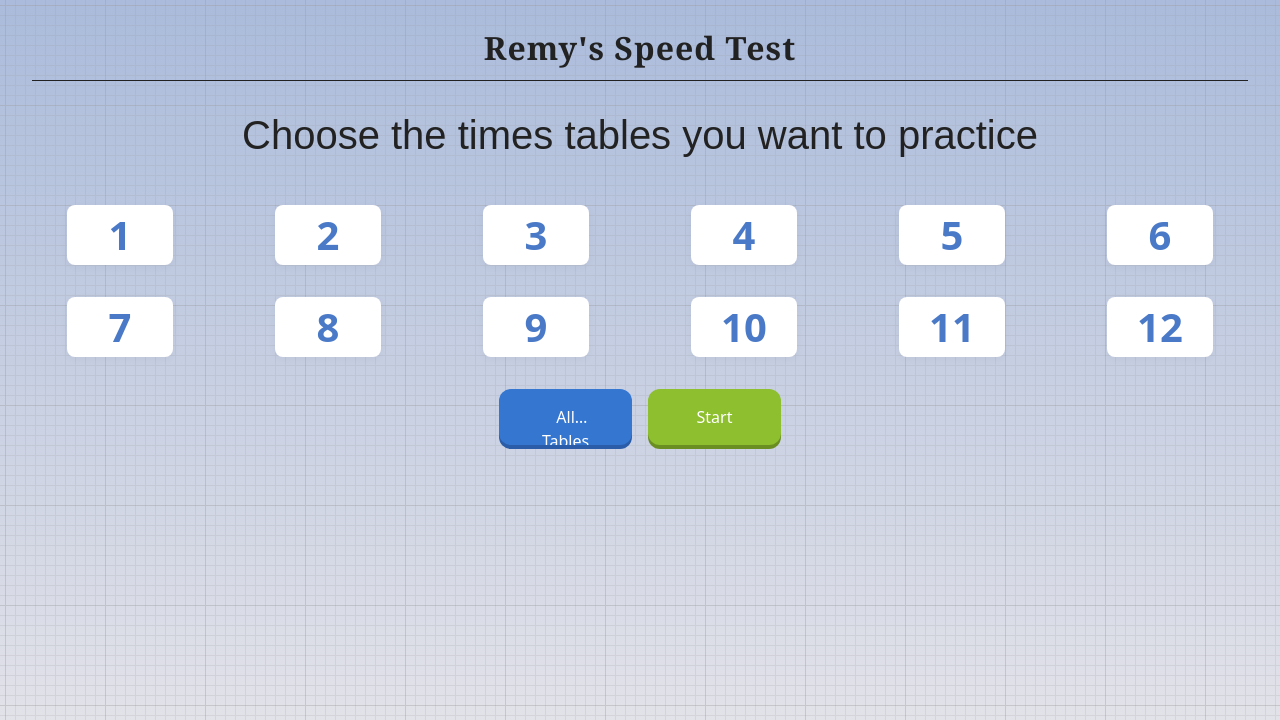
Repository: Chinurum-Omenuko/remys-speed-test
Page: / (app in app/)
The author's editor kept a copy of each file at every save. The page is drawn from the files as they stood at one save, then again after the next save.
The browser window is 1280 px wide. The pictures show the whole page.
The project was rebuilt for these pictures with package versions that can differ from the ones it lists, and the page was loaded fresh each time. The framework's server and built-in components were replaced by stand-ins that run in the browser. Also part of the build but not shown: app/svelte.config.js, app/vite.config.ts.

Above is the page before, as saved 2025-11-17 18:39:50.

### app/src/routes/+page.svelte

<script lang="ts">
	import { goto } from "$app/navigation";
	import { GameStore } from "../stores/gameStore.svelte";

	let store = GameStore;
	let chosenTables = store.getTables()
	const tables = Array.from({ length: 12 }, (_, i) => i + 1);

	function selectTable(table: number) {
		store.addTables(table)
	}

	function allTables(){
		tables.forEach(table => {
			let index = chosenTables.indexOf(table)
			if(!chosenTables.includes(table)){
				selectTable(table)
				return
			}
			chosenTables.splice(index, 1)
		});
	}


	function start() {
		store.generateQuestions(chosenTables)
		goto("/test")
	}



	function lastResults() {
		alert('Show last results');
	}
</script>
<div class="landing-bg">
	<div style="padding: 1.5rem 2rem 0 2rem;">
		<h1 class="title">Remy's Speed Test</h1>
		<div class="dotted"></div>
		<h2 class="subtitle">Choose the times tables you want to practice</h2>
		<div class="content">
			<div class="tables-grid">
				{#each tables as table}
					<button
						type="button"
						class="table-btn {chosenTables.includes(table) ? 'selected' : ''}"
						on:click={() => {

							selectTable(table)
							}}
						aria-pressed={chosenTables[table] === table}
					>
						{table}
					</button>
				{/each}
			</div>
			<div class="actions">

				{#if chosenTables.length == 12}
					<button class="red-btn btn bg-red-500" on:click={allTables}>Deselect All Tables</button>
				{:else}
					<button class="blue-btn btn" on:click={allTables}>All Tables</button>
				{/if}

				<button class="green-btn btn" on:click={start}>Start</button>
			</div>
		</div>
	</div>
</div>

<style>
	* {
 		min-height: 0;
	}

	.landing-bg {


		background-image:url("data:[embedded picture, 1695 characters]"), linear-gradient(180deg, #aabbdb, #e2e2e9);
		min-height: 100vh;
		max-width: 100vw;
		padding: 0;
		margin: 0;
	}
	.title {
		font-size: 2rem;
		font-weight: 700;
		margin: 0 0 0.5rem 0;
		letter-spacing: 1px;
		color: #222;
		font-family: Georgia, 'Times New Roman', Times, serif;
		text-align: center;
	}
	.dotted {
		border-bottom: 1px solid #222;
		margin-bottom: 1.5rem;
	}
	.subtitle {
		font-size: clamp(1rem, 5vw, 2.5rem);
		font-weight: 100;
		margin-bottom: 2.5rem;
		text-align: center;
		color: #222;
		font-family: Arial, Helvetica, sans-serif;
	}

	.content{
		display: flex;
		flex-direction: column;
		/* border: solid 2px red; */
		justify-content: start;
		align-items: center;
		max-width: 100vw;
		min-height: 50vh;
	}
	.tables-grid {
		display: grid;
		grid-template-columns: repeat(6, 1fr);
		gap: 2rem;
		/* border: solid 2px green; */
		width: 100%;
	}
	.table-btn {
		background: #fff;
		border-radius: 8px;
		font-size: 2.5rem;
		font-weight: 700;
		color: #4a7ac7;
		width: 60%;
		height: 100%;
		display: flex;
		align-items: center;
		justify-content: center;
		cursor: pointer;
		transition: box-shadow 0.2s, border 0.2s;
		margin: 0 auto;
		box-shadow: 0 2px 8px rgba(0,0,0,0.04);
	}
	.table-btn.selected {
		border: 3px solid #2e5eaa;
		background: #eaf1ff;
		color: #2e5eaa;
	}
	.actions {
		display: flex;
		justify-content: space-between;
		align-items: stretch;
		max-width: 1200px;
		margin: 2rem auto 0 auto;
		flex-direction: row;
	}

	.btn {
		width: 50%;
		height: 50%;
		color: #fff;
		border-radius: 12px;
		padding: 1rem 2.5rem;
		cursor: pointer;
		margin-bottom: 0.5rem;
		display: -webkit-box;
		-webkit-line-clamp: 1; /* number of lines */
		-webkit-box-orient: vertical;
		overflow: hidden;
	}
	.blue-btn {
		background:  #3576d1;
		border: none;
		box-shadow: 0 4px 0 #2b5ca7;
		transition: background 0.2s;
		font-size: 1em;
	}
	.blue-btn:active {
		background: #3576d1;
	}
	.green-btn {
		background: #8dbf2e;
		border: none;
		box-shadow: 0 4px 0 #6b8e23;
		margin-left: 1rem;
		transition: background 0.2s;
	}
	.green-btn:active {
		background: #8dbf2e;
	}

	/* 640px: small tablet */
	@media (min-width: 340px) and (max-width: 640px){
		.tables-grid {
			grid-template-columns: repeat(3, 1fr);
			border: solid 2px red;
		}
		.table-btn {
			font-size: 1.5rem;
		}
		.actions {
			flex-direction: row;
			align-items: stretch;
			gap: 2rem;
			border: solid 2px red;
			width: 80vw;
		}
	}
	@media (min-width: 640px) {
		.tables-grid {

		}
		.table-btn {

		}
		.actions {

		}
	}

	/* 768px: tablet portrait */
	/* @media (min-width: 768px) {
		.tables-grid {
			grid-template-columns: repeat(3, 1fr);
			border: red;
		}
		.table-btn {
			width: 100px;
			height: 80px;
			font-size: 1.5rem;
		}
		.actions {
			flex-direction: column;
			align-items: stretch;
			gap: 2rem;
		}
	} */

	/* 1024px: tablet landscape / small laptop */
	/* @media (min-width: 1024px) {
		.tables-grid {
			grid-template-columns: repeat(4, 1fr);
		}
		.table-btn {
			width: 140px;
			height: 110px;
			font-size: 2rem;
		}
		.actions {
			flex-direction: row;
			align-items: center;
			gap: 1rem;
		}
	} */

	/* @media (min-width: 1200px) and (max-height: 700px) {

	} */


	/* 1280px: laptop */
	/* @media (min-width: 1280px) {} */

	/* 1536px: large desktop */
	/* @media (min-width: 1536px) {} */




</style>

### app/src/stores/gameStore.svelte.ts
import { writable } from "svelte/store";
import { createQuestions } from "../utils/gameUtils";

function createGameStore(){
    let allQuestions = $state<any[]>([])
    let selectedTables: number[] = $state([])


    return{
        selectedTables,
        get allQuestions(){
            return allQuestions;
        },
        clearSelectedTables: () => {
            selectedTables = []
        },
        getTables: () => selectedTables,
        addTables: (table: number) => {
            let index = selectedTables.indexOf(table)

            if(!selectedTables.includes(table)){
                selectedTables.push(table)
                return
            }

            selectedTables.splice(index,1)

        },
        generateQuestions: (table: number[]) => {
            let questions = createQuestions(table)

            let flat = Object.values(questions).flat();
            allQuestions = [...allQuestions, ...flat];


        },

        removeQuestions: () => allQuestions = []
    }
}

export const GameStore = createGameStore()

### app/src/utils/gameUtils.ts
function makeQuestionObject(table: number){
    let questionsObjectArray = []
    for (let i = 1; i <= 12; i++){
        let question = {
            id: table + '-' + i,
            table: table,
            multiplier: i,
            question: `${table} x ${i}`,
            answer: table * i
        };
        questionsObjectArray.push(question);
    }
    return questionsObjectArray;
}

export function createQuestions(timeTable: number[]){
    let questions = {};

    timeTable.forEach(table => {
        let objectArray = makeQuestionObject(table)
        questions[table] = objectArray
    });
    return questions
}

Loaded but not shown: app/src/app.html (common file); app/src/routes/+layout.svelte (common file); app/src/app.css (common file)

After the next save:
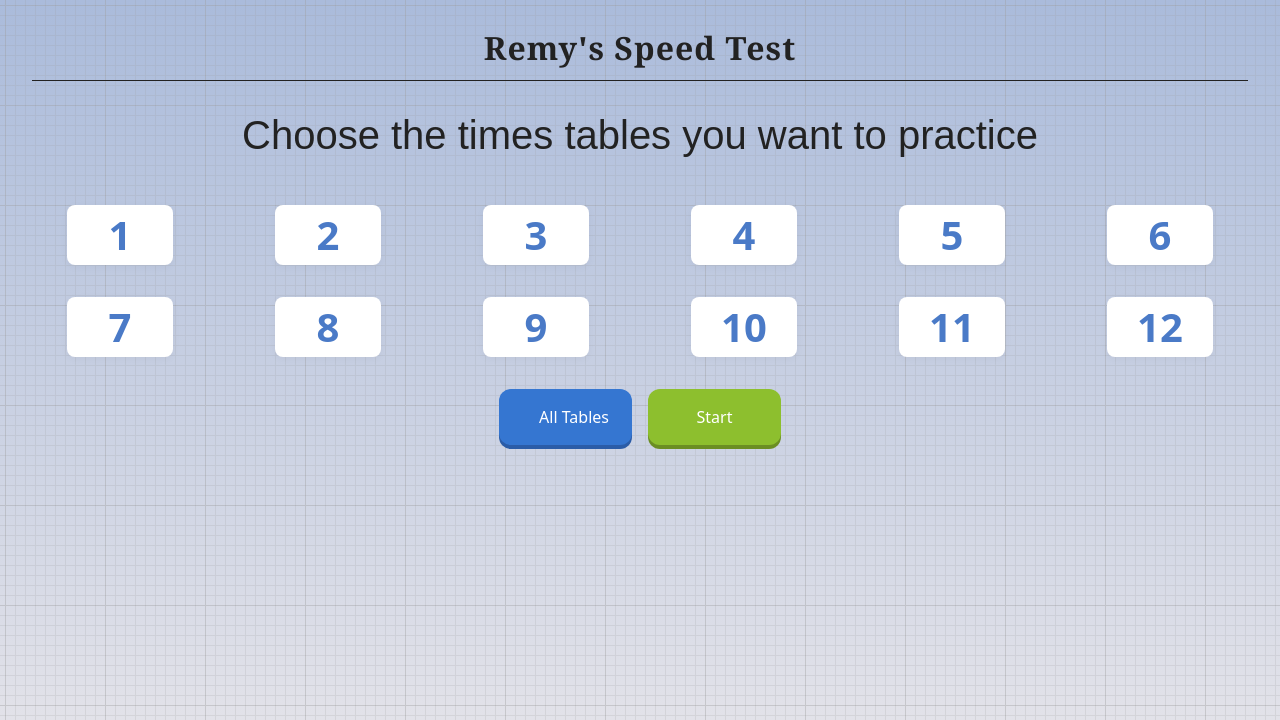
Saved 13 min 0 s later.
--- a/app/src/routes/+page.svelte
+++ b/app/src/routes/+page.svelte
@@ -163,6 +163,7 @@
 		-webkit-line-clamp: 1; /* number of lines */
 		-webkit-box-orient: vertical;
 		overflow: hidden;
+		white-space: nowrap;
 	}
 	.blue-btn {
 		background:  #3576d1;
